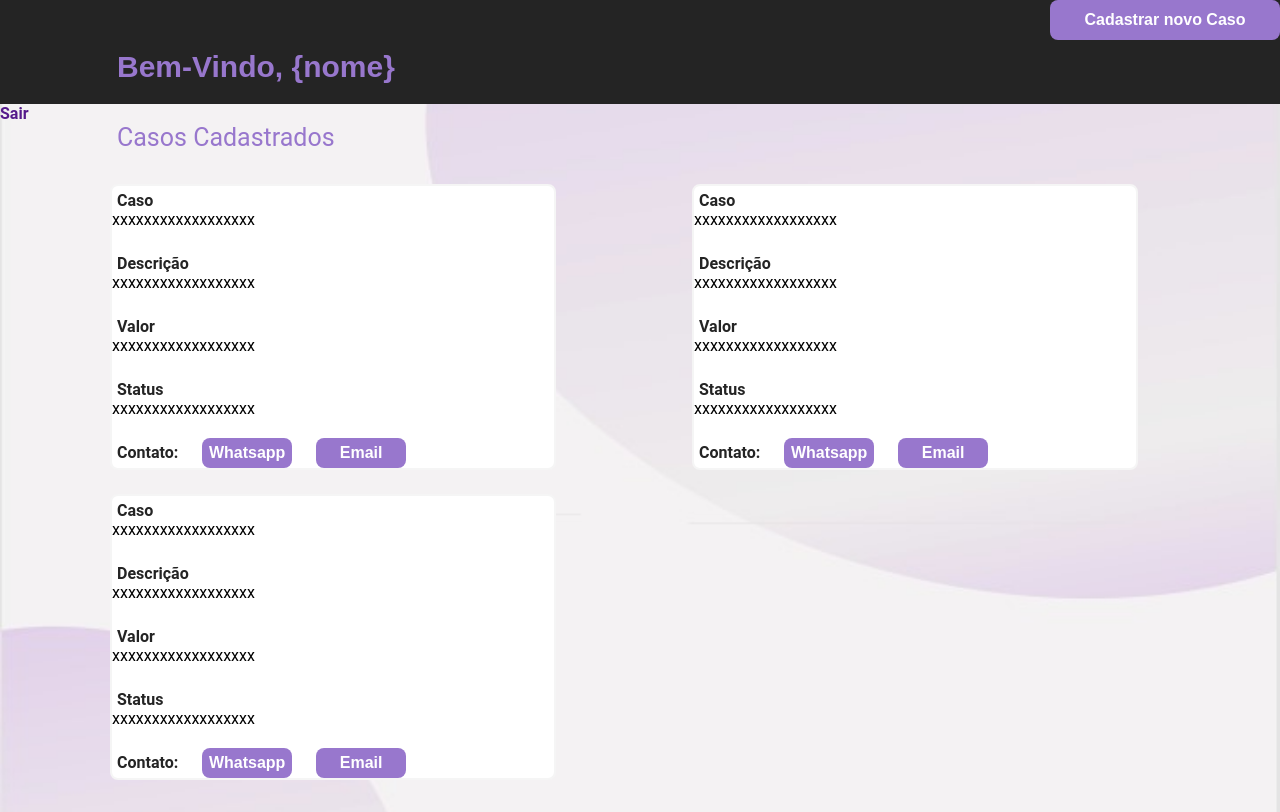
Repository: Dirlandia404/Casos
Page: src/pages/listaCasos.html
The author's editor kept a copy of each file at every save. The page is drawn from the files as they stood at one save, then again after the next save.
The browser window is 1280 px wide. The pictures show the whole page.

Above is the page before, as saved 2021-07-16 22:38:59.

### src/pages/listaCasos.html
<!DOCTYPE html>
<html lang="en">
<head>
    <meta charset="UTF-8">
    <meta http-equiv="X-UA-Compatible" content="IE=edge">
    <meta name="viewport" content="width=device-width, initial-scale=1.0">
    <title>Casos Cadastrados</title>

    <link rel="stylesheet" href="/src/style/listaCasos.css">
    <link rel="stylesheet" href="/src/style/midia.css">
</head>
<body>
    <header>
        <h6>Bem-Vindo, {nome}</h6>

        <a href="/src/pages/casosConcluidos.html">
            <button>Cadastrar novo Caso</button>
        </a>

    </header>
    <a href="">Sair</a>
    <p>Casos Cadastrados</p>


       <div id="box-casos">
           <ul>
               <li>
                   <div class="dados">
                       <strong>Caso </strong>
                       <h7>xxxxxxxxxxxxxxxxxx</h7>
                       <strong>Descrição</strong>
                       <h7>xxxxxxxxxxxxxxxxxx</h7>
                       <strong>Valor</strong>
                       <h7>xxxxxxxxxxxxxxxxxx</h7>
                       <strong>Status</strong>
                       <h7>xxxxxxxxxxxxxxxxxx</h7>
                       <div id="fieldset">
                           <strong>Contato:</strong>
                           <button>Whatsapp</button>
                           <button>Email</button>
                       </div>

                   </div>

               </li>

               <li>
                <div class="dados">
                    <strong>Caso </strong>
                    <h7>xxxxxxxxxxxxxxxxxx</h7>
                    <strong>Descrição</strong>
                    <h7>xxxxxxxxxxxxxxxxxx</h7>
                    <strong>Valor</strong>
                    <h7>xxxxxxxxxxxxxxxxxx</h7>
                    <strong>Status</strong>
                    <h7>xxxxxxxxxxxxxxxxxx</h7>
                    <div id="fieldset">
                        <strong>Contato:</strong>
                        <button>Whatsapp</button>
                        <button>Email</button>
                    </div>

                </div>

            </li>
            <li>
                <div class="dados">
                    <strong>Caso </strong>
                    <h7>xxxxxxxxxxxxxxxxxx</h7>
                    <strong>Descrição</strong>
                    <h7>xxxxxxxxxxxxxxxxxx</h7>
                    <strong>Valor</strong>
                    <h7>xxxxxxxxxxxxxxxxxx</h7>
                    <strong>Status</strong>
                    <h7>xxxxxxxxxxxxxxxxxx</h7>
                    <div id="fieldset">
                        <strong>Contato:</strong>
                        <button>Whatsapp</button>
                        <button>Email</button>
                    </div>

                </div>

            </li>

           </ul>

       </div>

</body>
</html>

### src/style/listaCasos.css
header h6{
    margin-top: 50px;
    margin-left: 117px;
    margin-bottom: 20px;
    font-size: 30px;
    color: #9877CD;
}

header{
    display: flex;
    justify-content: space-between;
    background-color: #242424;

}

p{
    margin-left: 117px;
    font-size: 25px;
    color: #9877CD;
}
a{

    font-weight: bold;
    font-size: 16px;
    border: 0;

    transition: 400ms;
}

header a button{
    width: 230px;
    height: 40px;
    background-color: #9877CD;
    border-radius: 8px;
    color: white;
    font-weight: bold;
    font-size: 16px;
    border: 0;

    transition: 400ms;
}


#box-casos{
    width: 100%;
    padding: 0 30px;
    margin: 32px auto;
}

#box-casos .dados{
    display: flex;
    flex-direction: column;
    width: 70%;
}
#box-casos ul{
    margin-left: 80px;
    display: grid;
    grid-template-columns: 1fr 1fr;
    grid-gap: 24px;
    list-style: none;
}


#box-casos ul li{
    background-color: white;
    border: 2px solid  #f5f5f5;
    border-radius: 8px;
    height: 100%;
    width: 80%;
    font-size: 16px;
}

#box-casos ul li strong{
    margin-top: 5px;
    font-size: 15px;
    margin-left: 5px;
}

#box-casos ul li strong{
    color: #242424;
    font-size: 16px;
    font-style: bold;
}

h7{
    margin-bottom: 20px;
}

.dados{
    display: flex;
    justify-content: space-between;
}

#fieldset button{
    width: 90px;
    height: 30px;
    background-color: #9877CD;
    border-radius: 8px;
    color: white;
    font-weight: bold;
    font-size: 16px;
    border: 0;
    margin-left: 20px;


}

### src/style/midia.css
@media(max-width: 900px){
    #page-home{
        background-position-x: 70vw;
    }
    #page-home .content{
        align-items: center;
        text-align: center;

    }

    #page-home main{
        align-items: center;
    }

}
@media(min-width:1700px){
    #page-home, #page-login{
        background-position-x: 40vw;
    }

}
@media(max-height:760px){
    #page-home, #page-login{
        background-position-y: 200px;
    }
}

*{
    margin: 0;
    padding: 0;
    box-sizing: border-box;
}
html{
    font-family: 'Roboto', sans-serif;

}
body{
    background: #E5E5E5;
    -webkit-font-smoothing: antialiased;
    background-image: url("/public/fundo.jpeg");

    background-repeat: no-repeat;
    background-size:cover;

}

a{
    text-decoration: none;

}
a:hover{
    text-decoration: underline;
}
h1, h2, h3,h4, h5, h6{
    font-family: sans-serif;
}

After the next save:
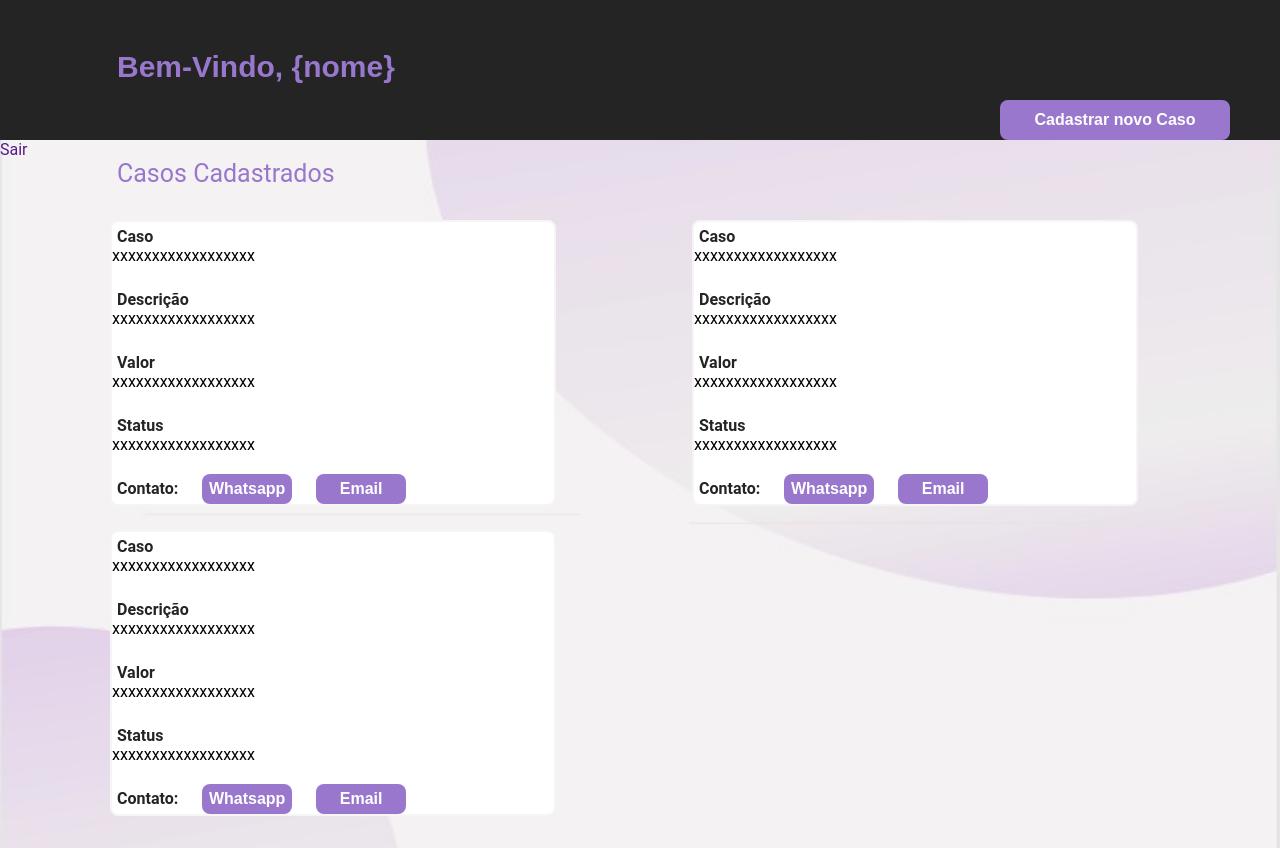
Saved 14 s later.
--- a/src/style/listaCasos.css
+++ b/src/style/listaCasos.css
@@ -18,13 +18,11 @@ p{
     font-size: 25px;
     color: #9877CD;
 }
-a{
-
-    font-weight: bold;
+header a{
+    margin-left: 20px;
+    margin-right: 50px;
+    margin-top: 50px;
     font-size: 16px;
-    border: 0;
-
-    transition: 400ms;
 }
 
 header a button{
@@ -36,7 +34,8 @@ header a button{
     font-weight: bold;
     font-size: 16px;
     border: 0;
-
+    margin-left: 160px;
+    margin-top: 50px;
     transition: 400ms;
 }
 
